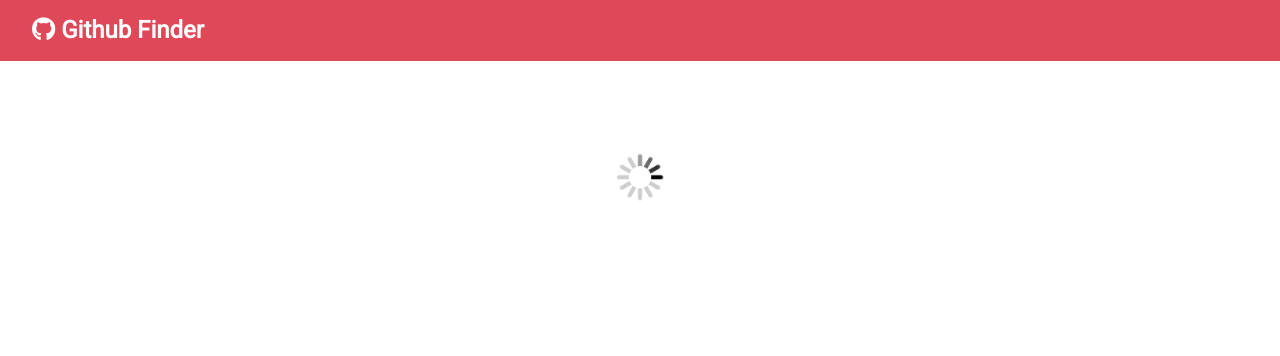
Repository: bafode/github-finder
Page: /
These files come from the project's save history. The page is drawn as it stood at one moment and after the next save; the edit follows.
The browser window is 1280 px wide. The pictures show the whole page.
The page's requests for data from a server got no answer. Some web libraries are served in a nearby version. The project was rebuilt for these pictures with package versions that can differ from the ones it lists, and the page was loaded fresh each time. No one was signed in, and anything a server would have sent is missing. Also part of the build but not shown: src/components/users/UserItem.js.

Above is the page before, as saved 2023-06-16 20:06:52.

### public/index.html
<!DOCTYPE html>
<html lang="en">
  <head>
    <meta charset="utf-8" />
    <link rel="shortcut icon" href="%PUBLIC_URL%/favicon.ico" />
    <meta name="viewport" content="width=device-width, initial-scale=1" />
    <meta name="theme-color" content="#000000" />
    <link rel="manifest" href="%PUBLIC_URL%/manifest.json" />
    <link
      rel="stylesheet"
      href="https://use.fontawesome.com/releases/v5.8.2/css/all.css"
      integrity="sha384-oS3vJWv+0UjzBfQzYUhtDYW+Pj2yciDJxpsK1OYPAYjqT085Qq/1cq5FLXAZQ7Ay"
      crossorigin="anonymous"
    />

    <title>Github Finder</title>
  </head>
  <body>
    <noscript>You need to enable JavaScript to run this app.</noscript>
    <div id="root"></div>
  </body>
</html>

### src/App.js
import React, { Component } from 'react';
import axios from 'axios';
import './App.css';
import Navbar from './components/layout/Navbar'
import Users from './components/users/Users'

class App extends Component {
  state = {
    loading: false,
    users:[]
  }

  async componentDidMount() {

    console.log(process.env.REACT_APP_GITHUB_CLIENT_SECRET)
    this.setState({ loading: true });
    const res = await axios.get(`https://api.github.com/users?client_id=${process.env.REACT_APP_GITHUB_CLIENT_ID}&client_secret=${process.env.REACT_APP_GITHUB_CLIENT_SECRET}`)
    this.setState({users:res.data,loading:false})
  }

  render() {
    const { loading, users } = this.state
    return (
      <div className="App">
        <Navbar />
        <div className="container">
          <Users loading={loading} users={users}/>
        </div>
      </div>
    );
  }
}

export default App;

### src/components/layout/Navbar.js
import React from 'react'
import PropTypes from 'prop-types'

const Navbar=({icon,title})=> {
    return (
        <nav className='navbar bg-primary'>
            <h1>
                <i className={icon}></i> {title}
            </h1>
      </nav>
    )

}

Navbar.defaultProps = {
    title: 'Github Finder',
    icon:'fab fa-github'
}

Navbar.propTypes = {
    title: PropTypes.string.isRequired,
    icon:PropTypes.string.isRequired
}

export default Navbar

### src/components/users/Users.js
import React from 'react'
import UserItem from './UserItem'
import PropTypes from 'prop-types'
import Spinner from '../layout/Spinner'
const  Users=({users,loading})=>{

    if (loading) {
        return <Spinner/>
    } else {
        return (
            <div style={userStyle}>
                {users?.map((user) => (
                    <UserItem key={user.id} user={user}/>
                ))}
          </div>
        )
    }

  }


const userStyle = {
    display: 'grid',
    gridTemplateColumns: 'repeat(3,1fr)',
    gridGap:'1rem'
}
Users.propTypes = {
    loading: PropTypes.bool.isRequired,
    users:PropTypes.array.isRequired,
}
export default Users

### src/components/layout/Spinner.js
import React, { Fragment } from 'react'
import spinner from './spinner.gif'

const Spinner = () => {
  return (
    <Fragment>
          <img src={spinner} alt='Loading...' style={{width:'200px',margin:'auto',display:'block'}}/>
    </Fragment>
  )
}

export default Spinner

### src/components/users/Search.js
import React, { Component } from 'react'

class Search extends Component {
  render() {
    return (
        <div>
            <from className="from">
                <input type="text" name="text" placeholder='Search Users...' />
                <input type="submit" value="Search" className='btn btn-dark btn-block' />
            </from>
      </div>
    )
  }
}

export default Search

Loaded but not shown: src/index.js (common file); src/App.css (common file)

After the next save:
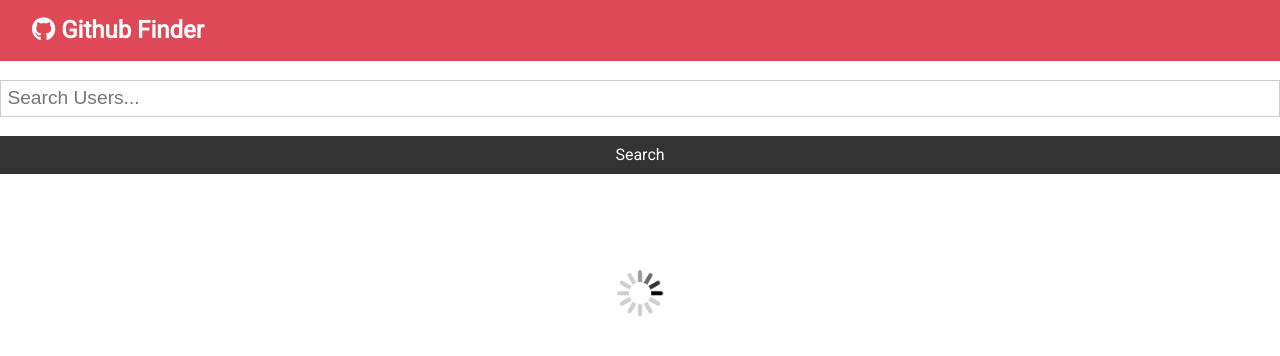
Saved 63 s later.
--- a/src/App.js
+++ b/src/App.js
@@ -3,6 +3,7 @@ import axios from 'axios';
 import './App.css';
 import Navbar from './components/layout/Navbar'
 import Users from './components/users/Users'
+import Search from './components/users/Search'
 
 class App extends Component {
   state = {
@@ -23,6 +24,7 @@ class App extends Component {
     return (
       <div className="App">
         <Navbar />
+        <Search/>
         <div className="container">
           <Users loading={loading} users={users}/>
         </div>
